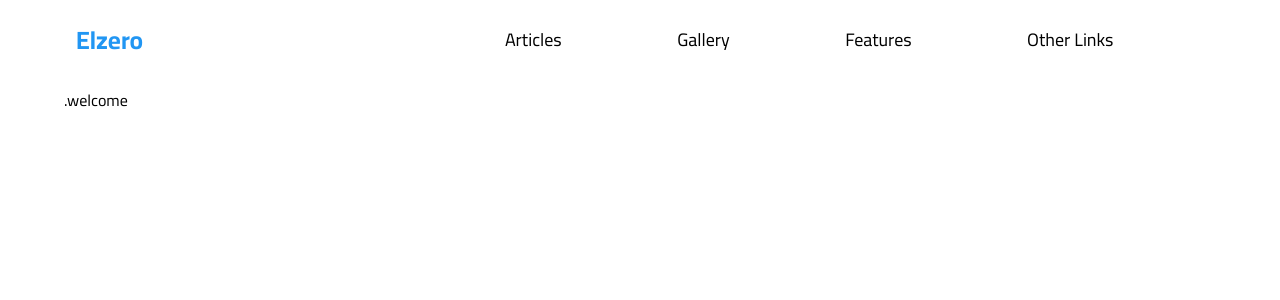
Repository: Toqa-25/elzeroAcdemey-Templete
Page: index.html
An editor plug-in stored every save of this project. The page is shown before and after the next save, followed by the edit.
The browser window is 1280 px wide. The pictures show the whole page.

Above is the page before, as saved 2022-01-16 20:53:51.

After the next save:
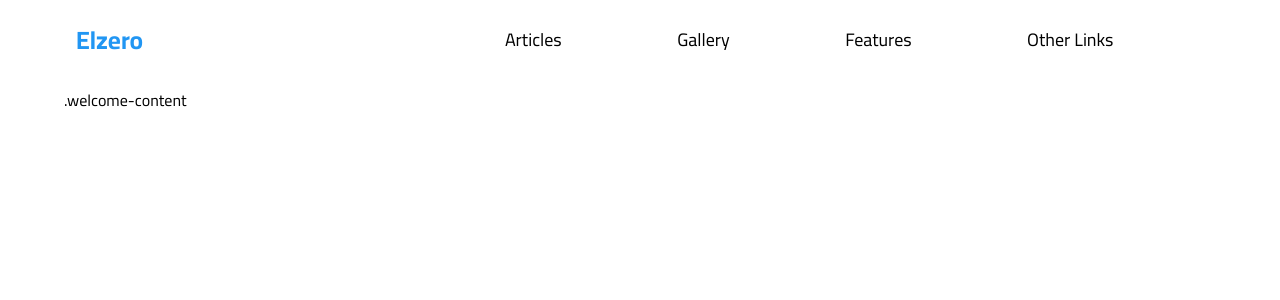
Saved 4 s later.
--- a/index.html
+++ b/index.html
@@ -67,7 +67,7 @@
         <div class="container">
             <div class="welcome-content">
                 <div class="welcome-content-text"></div>
-                .welcome
+                .welcome-content
 
             </div>
         </div>
